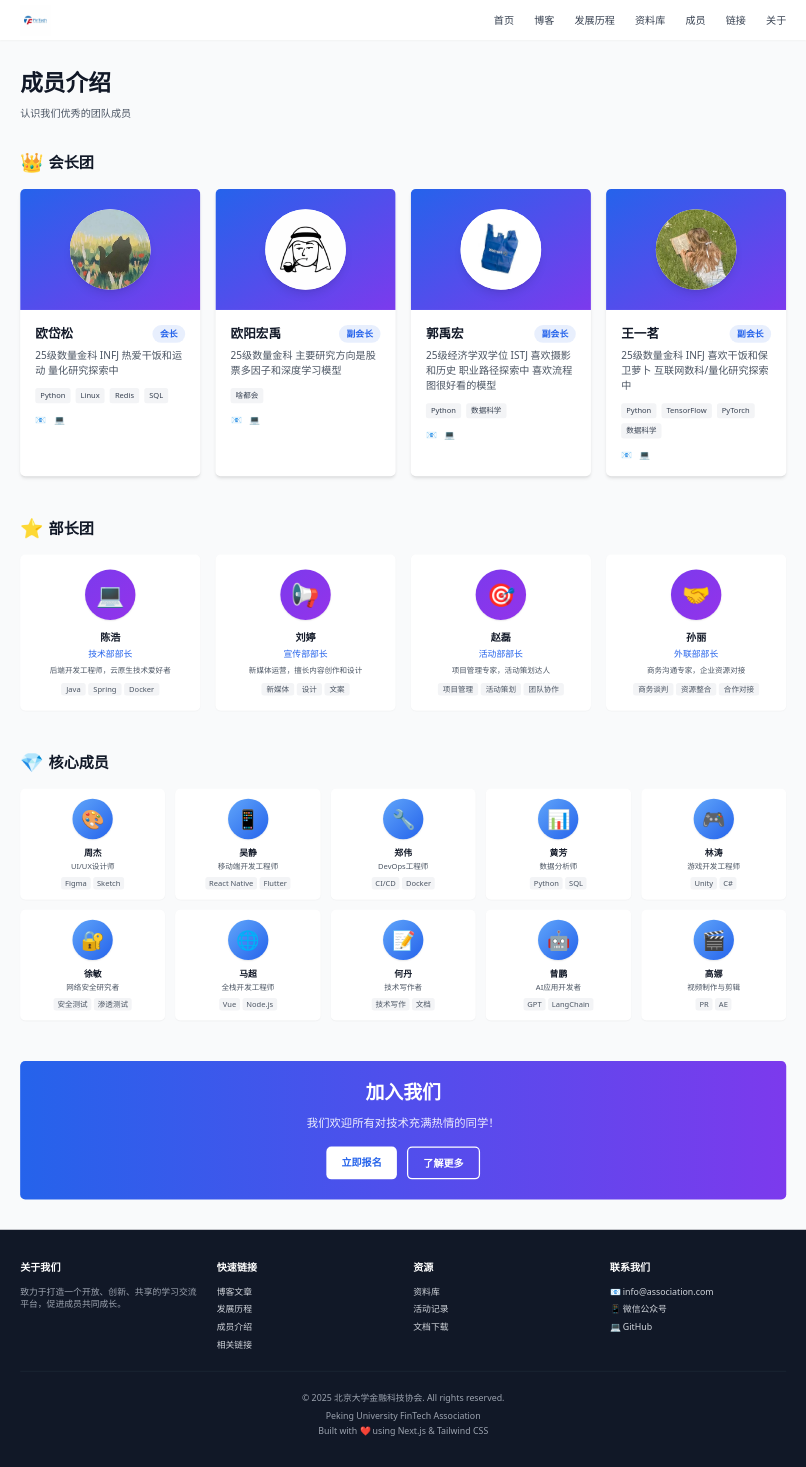
Repository: odsbaron/association-website
Page: /members
The author's editor kept a copy of each file at every save. The page is drawn from the files as they stood at one save, then again after the next save.
The browser window is 1280 px wide. The pictures show the whole page, at 63% of full size.
The project was rebuilt for these pictures with package versions that can differ from the ones it lists, and the page was loaded fresh each time. The framework's server and built-in components were replaced by stand-ins that run in the browser. Also part of the build but not shown: next.config.js.

Above is the page before, as saved 2025-12-06 12:35:44.

After the next save:
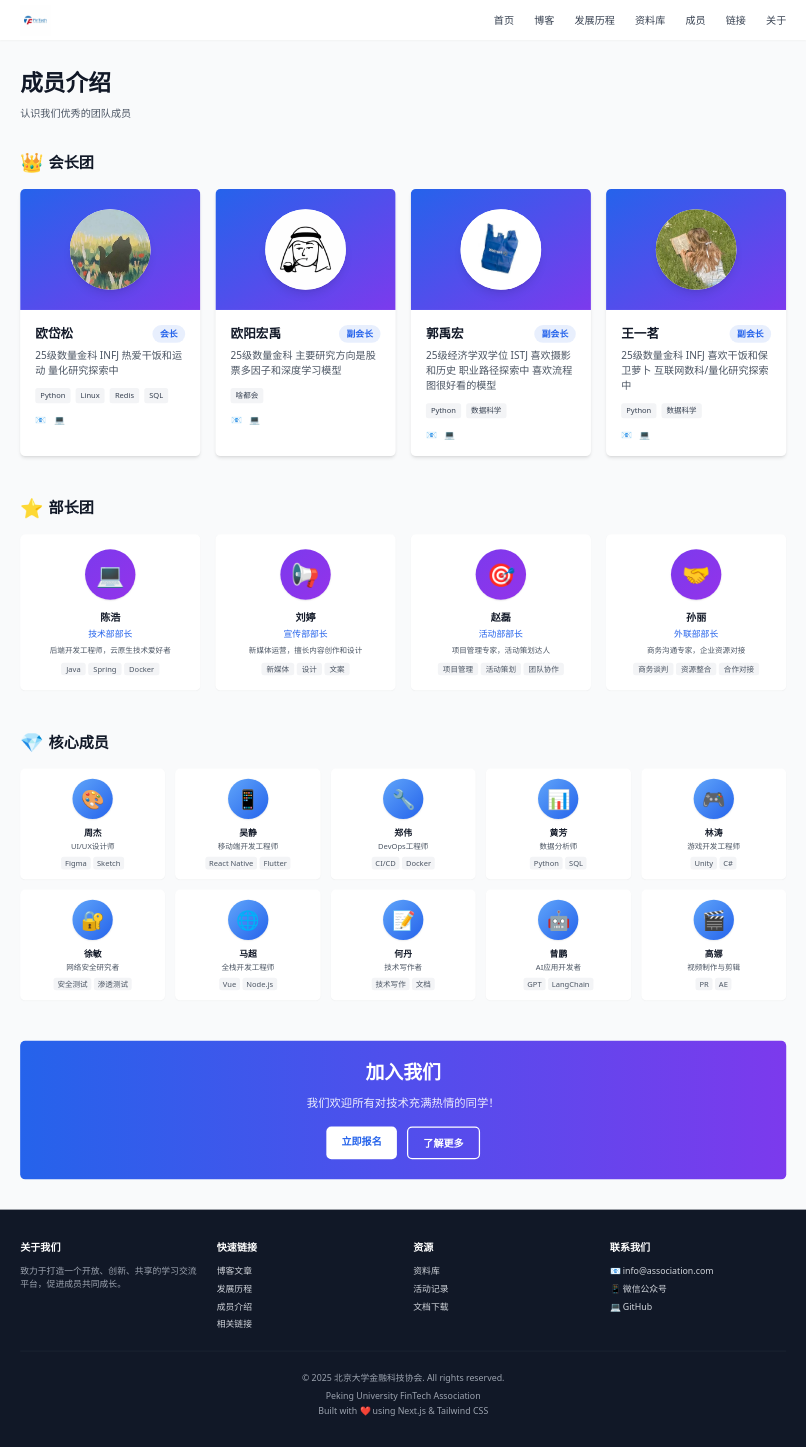
Saved 14 min 36 s later.
--- a/lib/members.ts
+++ b/lib/members.ts
@@ -52,7 +52,7 @@ export function getMembers(): Member[] {
       role: "副会长",
       avatar: "/images/avatars/25_wangyiming.jpg",
       bio: "25级数量金科 INFJ  喜欢干饭和保卫萝卜 互联网数科/量化研究探索中",
-      skills: ["Python", "TensorFlow", "PyTorch", "数据科学"],
+      skills: ["Python", "数据科学"],
       contact: {
         email: "ymwang@stu.pku.edu.cn",
         github: "https://github.com/wangqiang",
